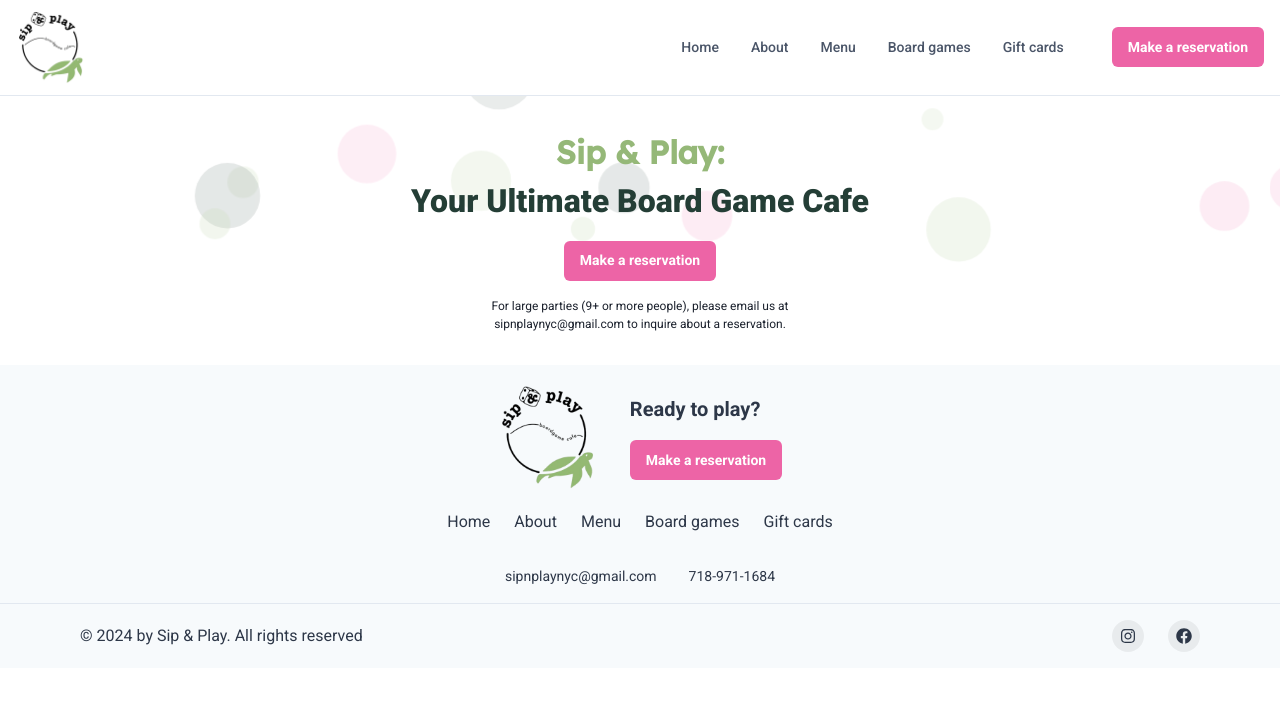
Repository: natespinetti/codedexsummerhackathon
Page: /
The author's editor kept a copy of each file at every save. The page is drawn from the files as they stood at one save, then again after the next save.
The browser window is 1280 px wide. The pictures show the whole page.
The project was rebuilt for these pictures with package versions that can differ from the ones it lists, and the page was loaded fresh each time. The framework's server and built-in components were replaced by stand-ins that run in the browser. Also part of the build but not shown: next.config.mjs.

Above is the page before, as saved 2024-07-11 15:43:15.

### app/layout.tsx
"use client";
import Head from "next/head";
import React from "react";
import Header from "./components/Header";
import Footer from "./components/Footer";
import { Providers } from "./components/Providers";

export default function RootLayout({
  children,
}: {
  children: React.ReactNode;
}) {
  return (
    <html lang="en">
      <Head>
        <title>Sip & Play</title>
        <meta name="description" content="Board games and boba!" />
        <meta name="viewport" content="width=device-width, initial-scale=1" />
        <link rel="icon" href="/favicons/favicon.ico" />
      </Head>
      <body>
        <Providers>
          <Header />
          <main>{children}</main>
          <Footer />
        </Providers>
      </body>
    </html>
  );
}

### app/page.tsx
import Image from "next/image";
import HomeHero from "./components/HomeHero";

export default function Home() {
  return (
    <>
      <HomeHero />
    </>
  );
}

### app/components/Header.tsx
"use client";

import {
  Box,
  Flex,
  Text,
  IconButton,
  Button,
  Stack,
  Collapse,
  Icon,
  Popover,
  PopoverTrigger,
  PopoverContent,
  useColorModeValue,
  useBreakpointValue,
  Image,
  useDisclosure,
} from "@chakra-ui/react";
import {
  HamburgerIcon,
  CloseIcon,
  ChevronDownIcon,
  ChevronRightIcon,
} from "@chakra-ui/icons";
import CurrentDayHours from "./CurrentDaysHours";

export default function Header() {
  const { isOpen, onToggle } = useDisclosure();

  return (
    <Box>
      <Flex
        bg={useColorModeValue("white", "gray.800")}
        color={useColorModeValue("gray.600", "white")}
        minH={"60px"}
        py={{ base: 2 }}
        px={{ base: 4 }}
        borderBottom={1}
        borderStyle={"solid"}
        borderColor={useColorModeValue("gray.200", "gray.900")}
        align={"center"}
      >
        <Flex
          flex={{ base: 1, md: "auto" }}
          ml={{ base: -2 }}
          display={{ base: "flex", md: "none" }}
        >
          <IconButton
            onClick={onToggle}
            icon={
              isOpen ? <CloseIcon w={3} h={3} /> : <HamburgerIcon w={5} h={5} />
            }
            variant={"ghost"}
            aria-label={"Toggle Navigation"}
          />
        </Flex>
        <Flex flex={{ base: 1 }} justify={{ base: "center", md: "start" }}>
          <Text
            textAlign={useBreakpointValue({ base: "center", md: "left" })}
            fontFamily={"heading"}
            color={useColorModeValue("gray.800", "white")}
          >
            <Image
              maxW="70px"
              src="/logos/sipnplay2.png"
              alt="Sip & Play Logo"
            />
          </Text>

          <Flex
            display={{ base: "none", md: "flex" }}
            mr={10}
            alignItems="center"
            ml="auto"
          >
            <DesktopNav />
          </Flex>
        </Flex>

        <Stack
          flex={{ base: 1, md: 0 }}
          justify={"flex-end"}
          direction={"row"}
          spacing={6}
        >
          {/* <Button
            as={"a"}
            fontSize={"sm"}
            fontWeight={400}
            variant={"link"}
            href={"#"}
          >
            Sign In
          </Button> */}
          <Button
            as={"a"}
            display={{ base: "none", md: "inline-flex" }}
            fontSize={"sm"}
            fontWeight={600}
            color={"white"}
            bg={"pink.400"}
            href={"https://www.exploretock.com/sipnplay/"}
            target="_blank"
            _hover={{
              bg: "pink.300",
            }}
          >
            Make a reservation
          </Button>
        </Stack>
      </Flex>

      <Collapse in={isOpen} animateOpacity>
        <MobileNav />
      </Collapse>
    </Box>
  );
}

const DesktopNav = () => {
  const linkColor = useColorModeValue("gray.600", "gray.200");
  const linkHoverColor = useColorModeValue("gray.800", "white");
  const popoverContentBgColor = useColorModeValue("white", "gray.800");

  return (
    <Stack direction={"row"} spacing={4}>
      {NAV_ITEMS.map((navItem) => (
        <Box key={navItem.label}>
          <Popover trigger={"hover"} placement={"bottom-start"}>
            <PopoverTrigger>
              <Box
                as="a"
                p={2}
                href={navItem.href ?? "#"}
                fontSize={"sm"}
                fontWeight={500}
                color={linkColor}
                _hover={{
                  textDecoration: "none",
                  color: linkHoverColor,
                }}
              >
                {navItem.label}
              </Box>
            </PopoverTrigger>

            {navItem.children && (
              <PopoverContent
                border={0}
                boxShadow={"xl"}
                bg={popoverContentBgColor}
                p={4}
                rounded={"xl"}
                minW={"sm"}
              >
                <Stack>
                  {navItem.children.map((child) => (
                    <DesktopSubNav key={child.label} {...child} />
                  ))}
                </Stack>
              </PopoverContent>
            )}
          </Popover>
        </Box>
      ))}
    </Stack>
  );
};

const DesktopSubNav = ({ label, href, subLabel }: NavItem) => {
  return (
    <Box
      as="a"
      href={href}
      role={"group"}
      display={"block"}
      p={2}
      rounded={"md"}
      _hover={{ bg: useColorModeValue("pink.50", "gray.900") }}
    >
      <Stack direction={"row"} align={"center"}>
        <Box>
          <Text
            transition={"all .3s ease"}
            _groupHover={{ color: "pink.400" }}
            fontWeight={500}
          >
            {label}
          </Text>
          <Text fontSize={"sm"}>{subLabel}</Text>
        </Box>
        <Flex
          transition={"all .3s ease"}
          transform={"translateX(-10px)"}
          opacity={0}
          _groupHover={{ opacity: "100%", transform: "translateX(0)" }}
          justify={"flex-end"}
          align={"center"}
          flex={1}
        >
          <Icon color={"pink.400"} w={5} h={5} as={ChevronRightIcon} />
        </Flex>
      </Stack>
    </Box>
  );
};

const MobileNav = () => {
  return (
    <Stack
      bg={useColorModeValue("white", "gray.800")}
      p={4}
      display={{ md: "none" }}
    >
      {NAV_ITEMS.map((navItem) => (
        <MobileNavItem key={navItem.label} {...navItem} />
      ))}
    </Stack>
  );
};

const MobileNavItem = ({ label, children, href }: NavItem) => {
  const { isOpen, onToggle } = useDisclosure();

  return (
    <Stack spacing={4} onClick={children && onToggle}>
      <Box
        py={2}
        as="a"
        href={href ?? "#"}
        justifyContent="space-between"
        alignItems="center"
        _hover={{
          textDecoration: "none",
        }}
      >
        <Text
          fontWeight={600}
          color={useColorModeValue("gray.600", "gray.200")}
        >
          {label}
        </Text>
        {children && (
          <Icon
            as={ChevronDownIcon}
            transition={"all .25s ease-in-out"}
            transform={isOpen ? "rotate(180deg)" : ""}
            w={6}
            h={6}
          />
        )}
      </Box>

      <Collapse in={isOpen} animateOpacity style={{ marginTop: "0!important" }}>
        <Stack
          mt={2}
          pl={4}
          borderLeft={1}
          borderStyle={"solid"}
          borderColor={useColorModeValue("gray.200", "gray.700")}
          align={"start"}
        >
          {children &&
            children.map((child) => (
              <Box as="a" key={child.label} py={2} href={child.href}>
                {child.label}
              </Box>
            ))}
        </Stack>
      </Collapse>
    </Stack>
  );
};

interface NavItem {
  label: string;
  subLabel?: string;
  children?: Array<NavItem>;
  href?: string;
}

const NAV_ITEMS: Array<NavItem> = [
  {
    label: "Home",
    href: "/",
  },
  {
    label: "About",
    children: [
      {
        label: "Our story",
        subLabel: "Where it all started",
        href: "#",
      },
      {
        label: "Feedback",
        subLabel: "Let us know what you think",
        href: "#",
      },
    ],
  },
  {
    label: "Menu",
    children: [
      {
        label: "Coffee",
        subLabel: "Hot and iced coffee options",
        href: "#",
      },
      {
        label: "Specialty drinks",
        subLabel: "Spice it up with flavors and teas",
        href: "#",
      },
      {
        label: "Boba",
        subLabel: "Who doesn't love boba?",
        href: "#",
      },
      {
        label: "Hot bites",
        subLabel: "Some snacks while you play",
        href: "#",
      },
      {
        label: "Sandwiches & salads",
        subLabel: "Need something more? This is the place",
        href: "#",
      },
      {
        label: "Seasonal specials",
        subLabel: "Bevs to fit the season",
        href: "#",
      },
      {
        label: "Beer/wine",
        subLabel: "Rotating menu from local breweries",
        href: "#",
      },
    ],
  },
  {
    label: "Board games",
    href: "#",
  },
  {
    label: "Gift cards",
    href: "#",
  },
];

### app/components/Footer.tsx
"use client";

import {
  Box,
  chakra,
  Container,
  Stack,
  Text,
  useColorModeValue,
  Button,
  Image,
  VisuallyHidden,
} from "@chakra-ui/react";
import { FaInstagram, FaTwitter, FaYoutube, FaFacebook } from "react-icons/fa";
import { ReactNode } from "react";

const SocialButton = ({
  children,
  label,
  href,
}: {
  children: ReactNode;
  label: string;
  href: string;
}) => {
  return (
    <chakra.button
      bg={useColorModeValue("blackAlpha.100", "whiteAlpha.100")}
      rounded={"full"}
      w={8}
      h={8}
      cursor={"pointer"}
      as={"a"}
      href={href}
      display={"inline-flex"}
      alignItems={"center"}
      justifyContent={"center"}
      transition={"background 0.3s ease"}
      _hover={{
        bg: useColorModeValue("blackAlpha.200", "whiteAlpha.200"),
      }}
    >
      <VisuallyHidden>{label}</VisuallyHidden>
      {children}
    </chakra.button>
  );
};

export default function Footer() {
  return (
    <Box
      bg={useColorModeValue("gray.50", "gray.900")}
      color={useColorModeValue("gray.700", "gray.200")}
    >
      <Container
        as={Stack}
        maxW={"6xl"}
        py={4}
        spacing={4}
        justify={"center"}
        align={"center"}
      >
        <Box display="flex" flexDir="row" alignItems="center" gridGap="2rem">
          <Image
            maxW="100px"
            src="/logos/sipnplay2.png"
            alt="Sip & Play Logo"
          />
          <Box>
            <Text fontWeight={700} fontSize="20px" pb="1rem">
              Ready to play?
            </Text>
            <Button
              as={"a"}
              display={{ base: "none", md: "inline-flex" }}
              fontSize={"sm"}
              fontWeight={600}
              color={"white"}
              bg={"pink.400"}
              href={"https://www.exploretock.com/sipnplay/"}
              target="_blank"
              _hover={{
                bg: "pink.300",
              }}
            >
              Make a reservation
            </Button>
          </Box>
        </Box>
        <Stack direction={"row"} spacing={6}>
          <Box as="a" href={"#"}>
            Home
          </Box>
          <Box as="a" href={"#"}>
            About
          </Box>
          <Box as="a" href={"#"}>
            Menu
          </Box>
          <Box as="a" href={"#"}>
            Board games
          </Box>
          <Box as="a" href={"#"}>
            Gift cards
          </Box>
        </Stack>
        <Box
          display="flex"
          flexDir="row"
          gridGap="2rem"
          fontSize="14px"
          mt="1rem"
        >
          <Text as="a" href={"mailto:sipnplaynyc@gmail.com"}>
            sipnplaynyc@gmail.com
          </Text>
          <Text as="a" href={"tel:718-971-1684"}>
            718-971-1684
          </Text>
        </Box>
      </Container>

      <Box
        borderTopWidth={1}
        borderStyle={"solid"}
        borderColor={useColorModeValue("gray.200", "gray.700")}
      >
        <Container
          as={Stack}
          maxW={"6xl"}
          py={4}
          direction={{ base: "column", md: "row" }}
          spacing={4}
          justify={{ base: "center", md: "space-between" }}
          align={{ base: "center", md: "center" }}
        >
          <Text>© 2024 by Sip & Play. All rights reserved</Text>
          <Stack direction={"row"} spacing={6}>
            <SocialButton
              label={"Instagram"}
              href={"https://www.instagram.com/sipnplaynyc/?hl=en"}
            >
              <FaInstagram />
            </SocialButton>
            <SocialButton
              label={"Facebook"}
              href={"https://www.facebook.com/sipnplaynyc/"}
            >
              <FaFacebook />
            </SocialButton>
          </Stack>
        </Container>
      </Box>
    </Box>
  );
}

### app/components/Providers.tsx
import { SPTheme } from "@/ui/theme/theme";
import { ChakraProvider } from "@chakra-ui/react";
import { ReactNode } from "react";

export function Providers({ children }: { children: ReactNode }) {
  return <ChakraProvider theme={SPTheme}>{children}</ChakraProvider>;
}

### app/components/HomeHero.tsx
"use client";
import { Box, Text, Button, keyframes } from "@chakra-ui/react";
import CurrentDayHours from "./CurrentDaysHours";

const bubbleAnimation = keyframes`
  0% {
    transform: translateY(100px) scale(1);
    opacity: 1;
  }
  100% {
    transform: translateY(-1000px) scale(1.5);
    opacity: 0;
  }
`;

const bubbles = new Array(20).fill(0).map((_, index) => ({
  id: index,
  size: Math.random() * 3 + 1,
  left: Math.random() * 100,
  animationDuration: Math.random() * 20 + 10,
  animationDelay: Math.random() * 100,
}));

export default function HomeHero() {
  return (
    <>
      <Box position="relative" overflow="hidden" h="100%" w="100%">
        {bubbles.map((bubble, index) => (
          <Box
            key={bubble.id}
            position="absolute"
            bottom="0"
            left={`${bubble.left}%`}
            width={`${bubble.size}rem`}
            height={`${bubble.size}rem`}
            bg={
              index % 3 === 0
                ? "rgba(148, 185, 115, 0.3)"
                : index % 3 === 1
                ? "rgba(36, 62, 54, 0.3)"
                : "rgba(237, 100, 166, 0.3)"
            }
            borderRadius="50%"
            animation={`${bubbleAnimation} ${bubble.animationDuration}s linear infinite`}
            transitionDelay={`${bubble.animationDelay}s`}
          />
        ))}
        <Box
          position="relative"
          w="100vw"
          p="2rem"
          display="flex"
          flexDir="column"
          justifyItems="center"
          alignItems="center"
          gridGap="1rem"
          bg="rgba(255, 255, 255, 0.5)"
        >
          <Text
            as="h1"
            fontFamily="body"
            fontWeight="900"
            fontSize="2rem"
            color="#243E36"
            textAlign="center"
          >
            <Text
              as="span"
              color="#95b878"
              fontWeight="900"
              fontFamily="heading"
              fontSize="2rem"
            >
              Sip & Play:
              <br />
            </Text>
            Your Ultimate Board Game Cafe
          </Text>
          <Button
            as={"a"}
            display={{ base: "none", md: "inline-flex" }}
            fontSize={"sm"}
            fontWeight={600}
            color={"white"}
            bg={"pink.400"}
            href={"https://www.exploretock.com/sipnplay/"}
            target="_blank"
            _hover={{
              bg: "pink.300",
            }}
          >
            Make a reservation
          </Button>

          <Text
            fontSize="12px"
            w={{ base: "100%", md: "30%" }}
            textAlign="center"
          >
            For large parties (9+ or more people), please email us at{" "}
            <Text as="a" href="mailto:sipnplaynyc@gmail.com">
              sipnplaynyc@gmail.com
            </Text>{" "}
            to inquire about a reservation.
          </Text>
        </Box>
      </Box>
    </>
  );
}

### ui/theme/theme.tsx
import { extendTheme } from "@chakra-ui/react";
import { fonts } from "./fonts";

const overrides = {
  fonts,
};

export const SPTheme = extendTheme(overrides);

### ui/theme/fonts.tsx
import { Roboto, Lexend } from "next/font/google";

const roboto = Roboto({
  subsets: ["latin"],
  display: "swap",
  weight: ["100", "300", "400", "500", "700", "900"],
  style: ["normal", "italic"],
});

const lexend = Lexend({
  subsets: ["latin"],
  display: "swap",
  weight: ["300", "400", "500"],
  style: ["normal"],
});

export const fonts = {
  heading: lexend.style.fontFamily,
  body: roboto.style.fontFamily,
};

### app/components/CurrentDaysHours.tsx
import React from "react";
import { Box, Text } from "@chakra-ui/react";

const openingHours: { [key: number]: string } = {
  0: "10am-11pm", //Sunday
  1: "11am-11pm", // Monday
  2: "11am-11pm", // Tuesday
  3: "11am-11pm", // Wednesday
  4: "11am-11pm", // Thursday
  5: "11am-midnight", // Friday
  6: "10am-midnight", // Saturday
};

export default function CurrentDayHours() {
  const currentDay = new Date().getDay();
  const hours = openingHours[currentDay];

  return (
    <Box textAlign="center" fontSize="16px">
      <Text fontWeight="bold">
        Today's Hours:{" "}
        <Text color="#95b878" as="span">
          {hours}
        </Text>
      </Text>
    </Box>
  );
}

After the next save:
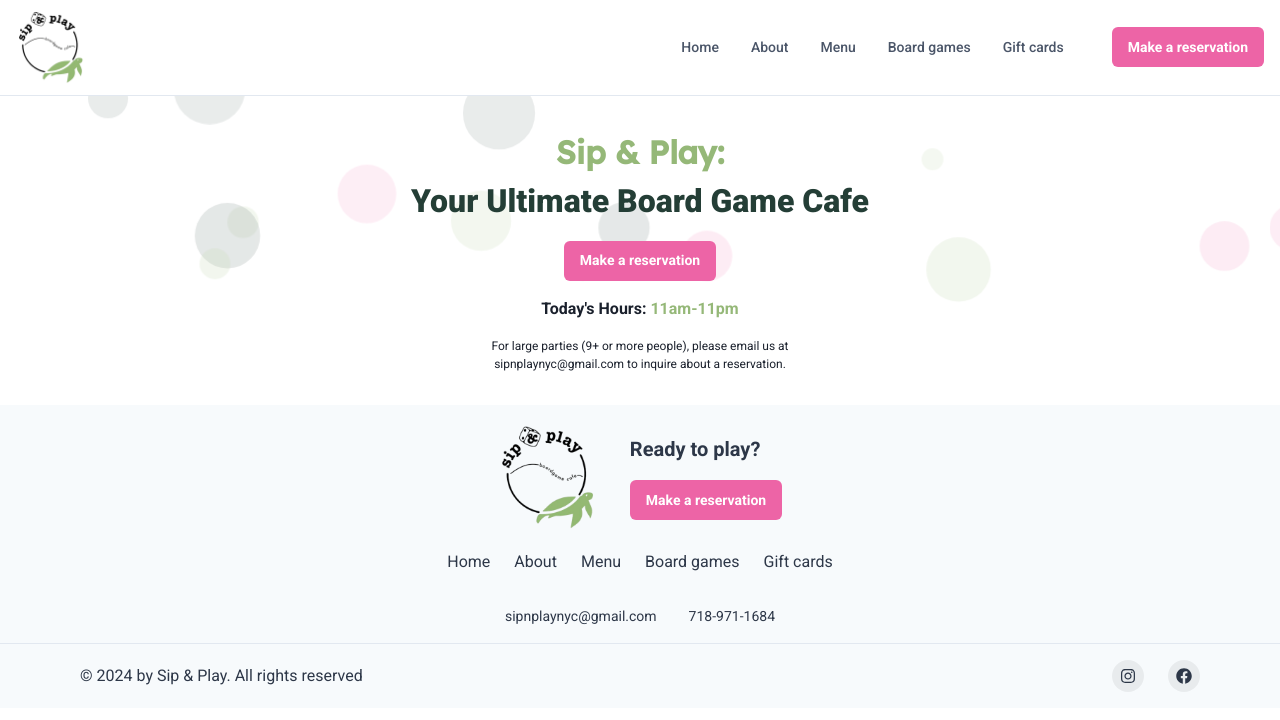
Saved 7 s later.
--- a/app/components/HomeHero.tsx
+++ b/app/components/HomeHero.tsx
@@ -91,7 +91,7 @@
           >
             Make a reservation
           </Button>
-
+          <CurrentDayHours />
           <Text
             fontSize="12px"
             w={{ base: "100%", md: "30%" }}
